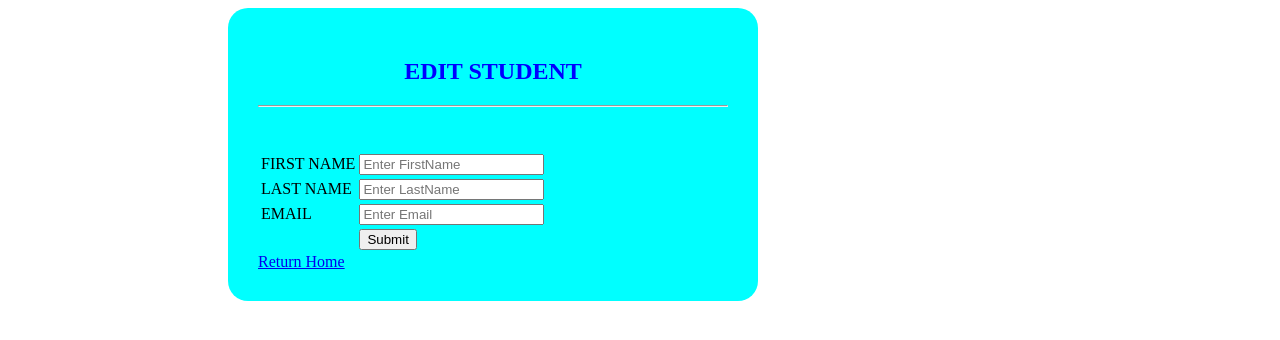
Repository: Catalyst-OTU/Java_Works
Page: http://localhost/Student-MVC/edit-Student-form.jsp
An editor plug-in stored every save of this project. The page is shown before and after the next save, followed by the edit.
The browser window is 1280 px wide. The pictures show the whole page.
The page is served by Tomcat 9.

Above is the page before, as saved 2021-02-02 19:32:28.

After the next save:
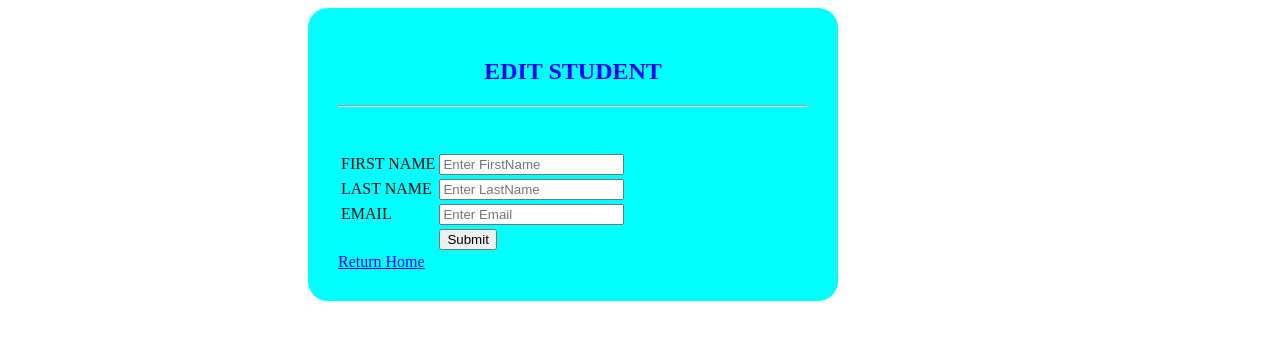
Saved 9 min 51 s later.
--- a/Student-MVC/WebContent/edit-Student-form.jsp
+++ b/Student-MVC/WebContent/edit-Student-form.jsp
@@ -7,7 +7,7 @@
 
 	    <style>
         .conatiners{
-                  margin-left: 220px;
+                  margin-left: 300px;
                   margin-top: 10x;
                   background-color: aqua;
                   border-radius: 20px;
